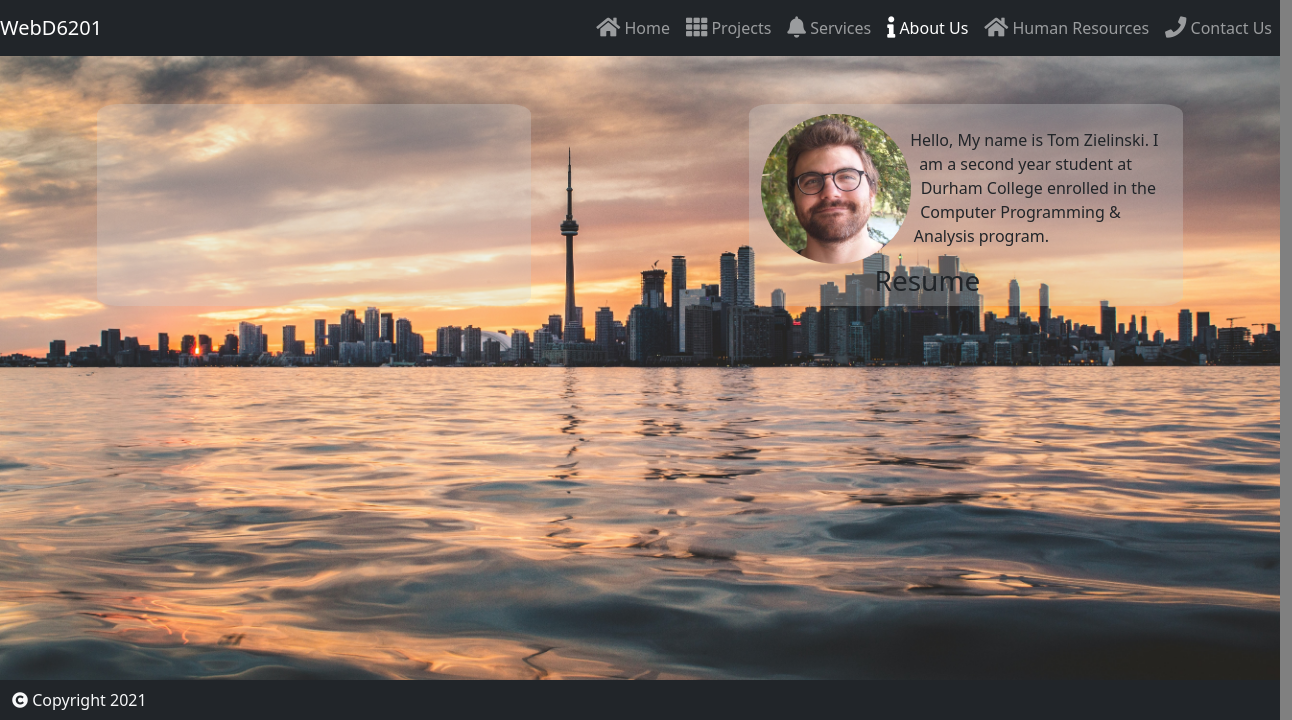
Repository: Tomelinski/Webd6201-Lab02
Page: about.html
An editor plug-in stored every save of this project. The page is shown before and after the next save, followed by the edit.
The browser window is 1280 px wide. The page is 1292 px wide, so the pictures cover 1292 px, including what lies to the right of the window. The pictures show the whole page.

Above is the page before, as saved 2021-02-05 18:43:47.
Console error: ReferenceError: aboutHeading is not defined

After the next save:
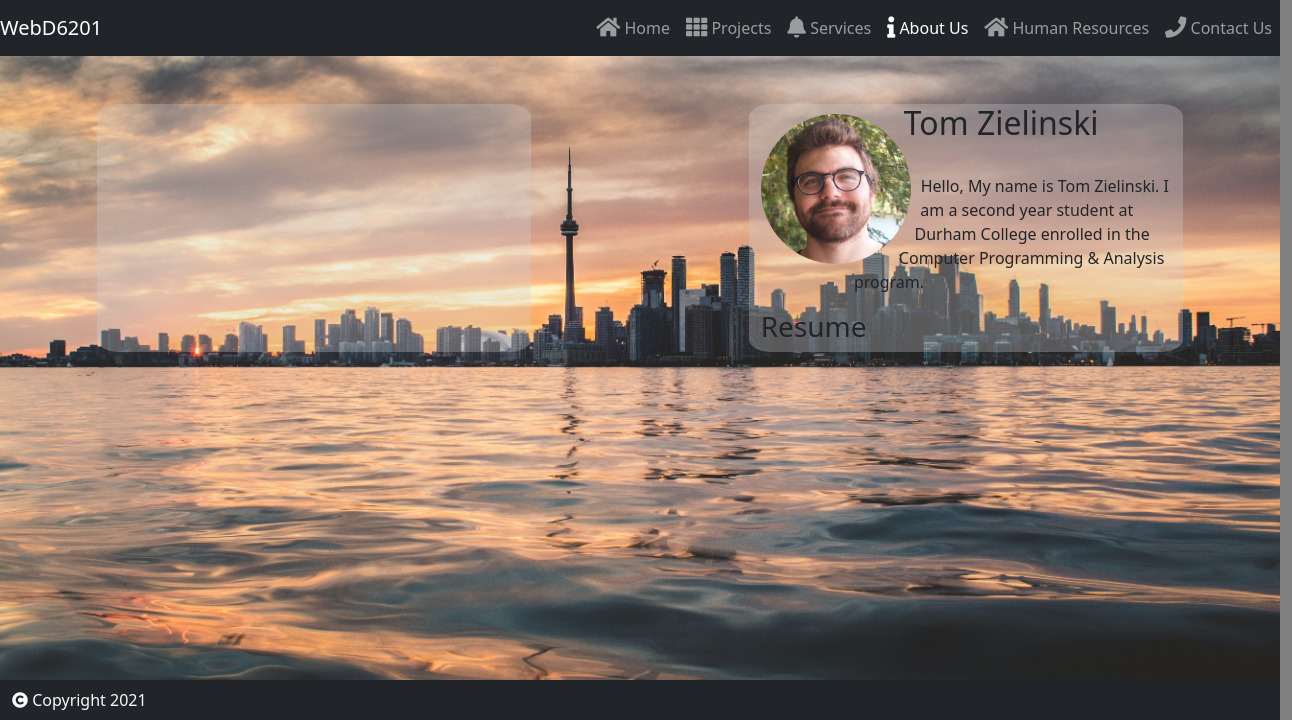
Saved 12 s later.
--- a/Scripts/app.js
+++ b/Scripts/app.js
@@ -95,7 +95,7 @@
         aboutTom.innerHTML = `</br><p>Hello, My name is Tom Zielinski. I am a second year student at Durham College enrolled in the Computer Programming & Analysis program.</p>`;
 
         aboutTomDiv.appendChild(pic);
-        aboutTomDiv.appendChild(aboutTom);
+        aboutTomDiv.appendChild(tomHeading);
         aboutTomDiv.appendChild(aboutTom);
         aboutTomDiv.appendChild(resumeHeading);
 
